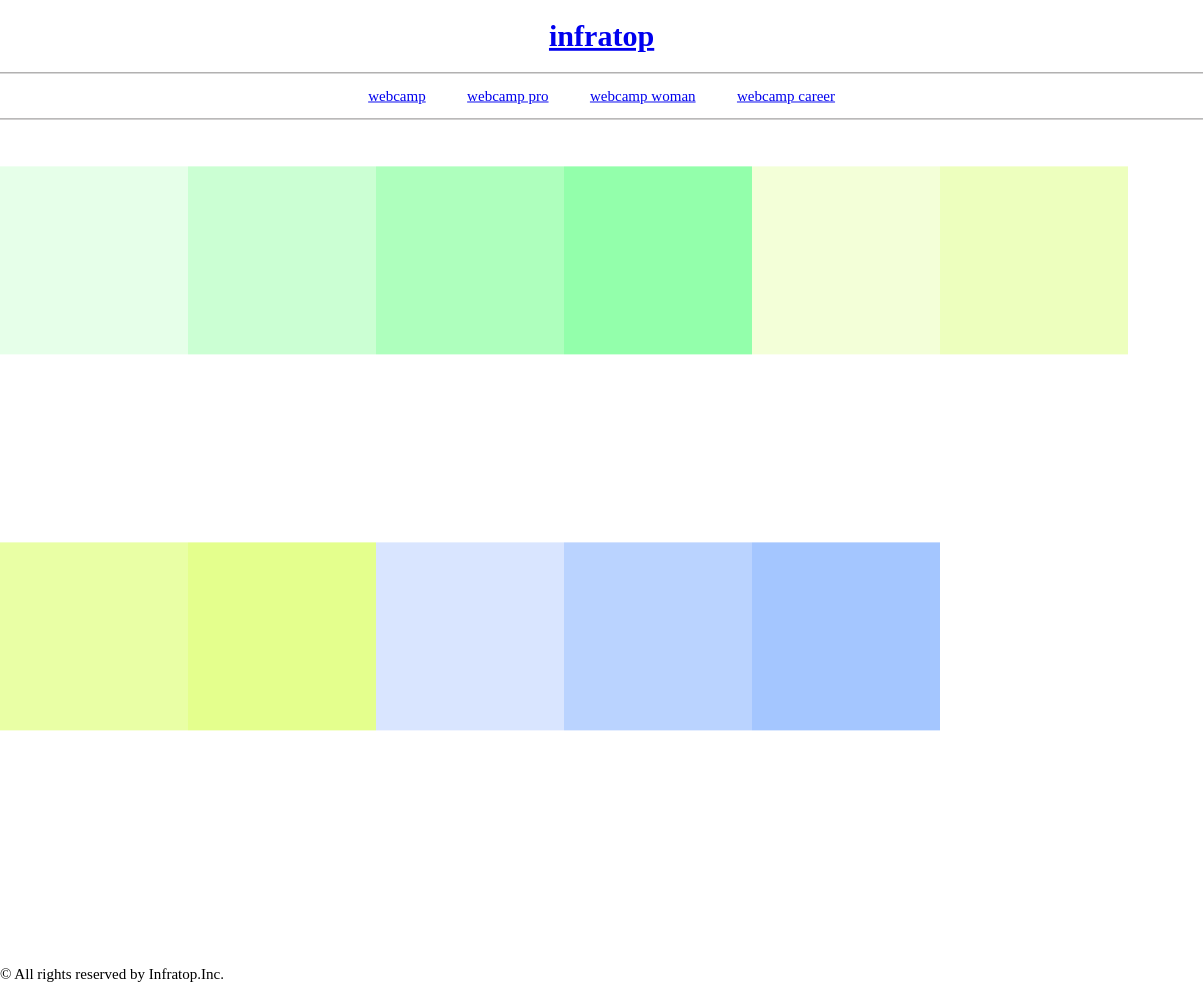
Repository: gukbvhrsui/r
Page: review2/review2.html
The author's editor kept a record of every edit. The page is drawn from the files as they stood at one moment, then again after the next edit.
The browser window is 1280 px wide. The pictures show the whole page, at 94% of full size.

Above is the page before.

After the next edit:
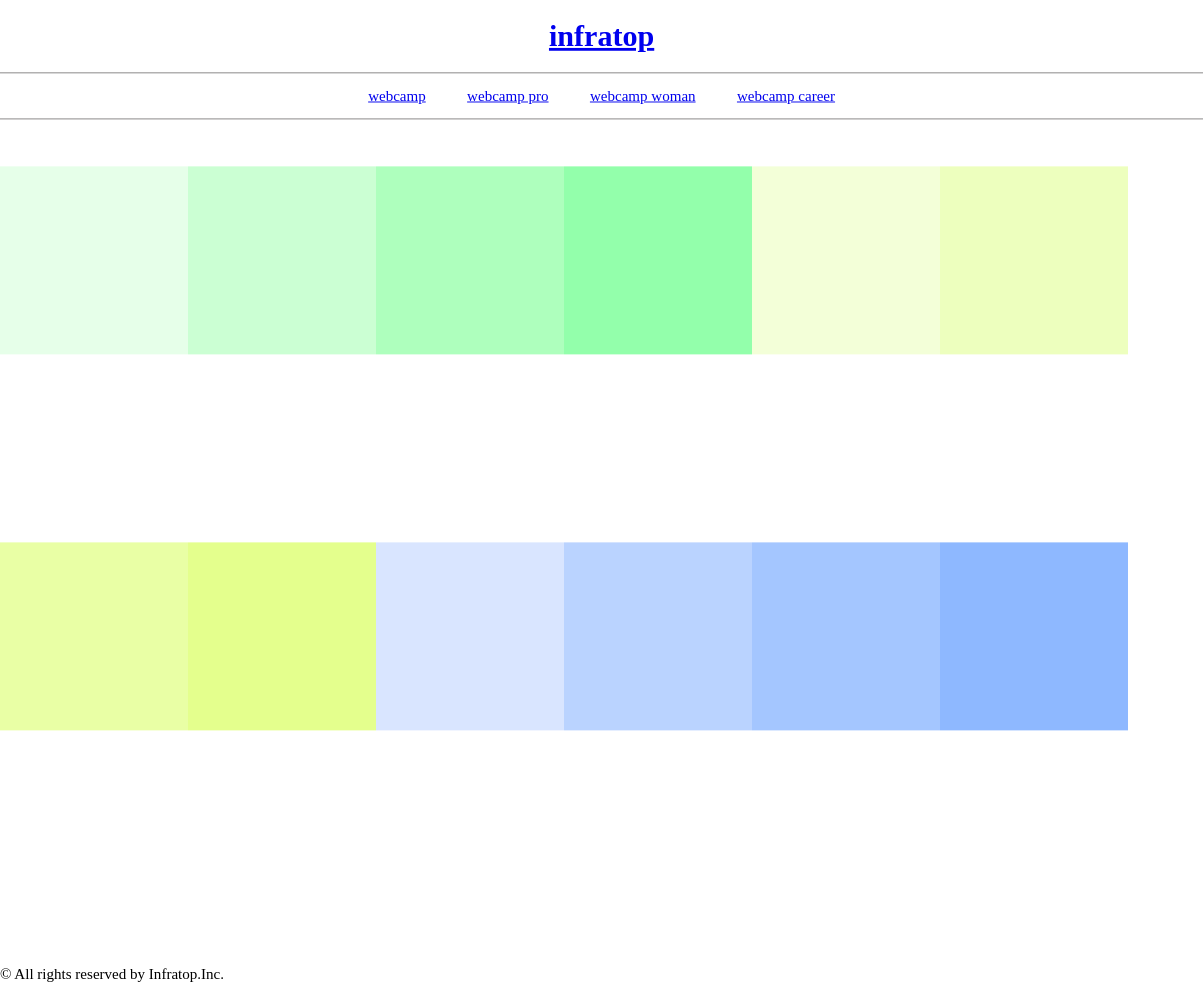
The edit:
--- a/review2/review2.css
+++ b/review2/review2.css
@@ -101,5 +101,5 @@
 .box12 {
   width: 200px;
   height: 200px;
-  background-color: ;
+  background-color: #8eb8ff;
 }
